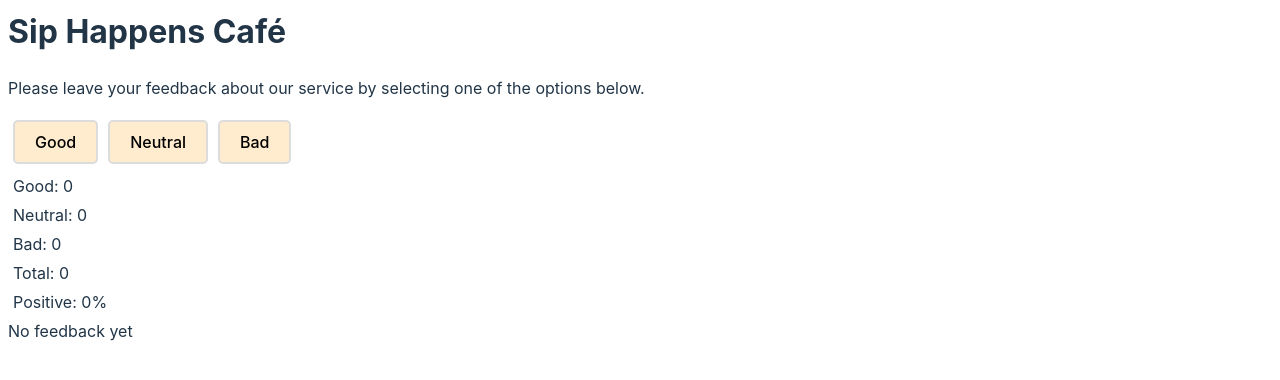
Repository: Evgeniya-Tishakova/goit-react-hw-02
Page: /
An editor plug-in stored every save of this project. The page is shown before and after the next save, followed by the edit.
The browser window is 1280 px wide. The pictures show the whole page.
The project was rebuilt for these pictures with package versions that can differ from the ones it lists, and the page was loaded fresh each time. Also part of the build but not shown: vite.config.js.

Above is the page before, as saved 2025-02-28 16:31:11.

### src/index.css
body {
  font-family: Inter, sans-serif;
  line-height: 1.5;
  font-weight: 400;
}

h1,
h2,
p {
  margin: 0;
}

ul,
ol {
  margin: 0;
  padding: 0;
}

img {
  display: block;
  max-width: 100%;
}

button {
  border-radius: 8px;
  border: 1px solid transparent;
  padding: 0.6em 1.2em;
  font-size: 1em;
  font-weight: 500;
  font-family: inherit;
  background-color: #fff;
  cursor: pointer;
  transition: border-color 0.25s;
}

button:hover {
  border-color: #646cff;
}

button:focus,
button:focus-visible {
  outline: 4px auto -webkit-focus-ring-color;
}

@media (prefers-color-scheme: light) {
  :root {
    color: #213547;
    background-color: #ffffff;
  }

  a:hover {
    color: #747bff;
  }

  button {
    /* background-color: #f9f9f9; */
  }
}

### src/components/App/App.jsx
import Feedback from "../Feedback/Feedback.jsx";
import Options from "../Options/Options.jsx";
import Description from "../Description/Description.jsx";
import { useEffect, useState } from "react";
import Notification from "../Notification/Notification.jsx";

export default function App() {
  const [rewiewType, setRewiewType] = useState({
    good: 0,
    neutral: 0,
    bad: 0,
  });

  let totalFeedback = rewiewType.bad + rewiewType.neutral + rewiewType.good;

  const updateFeedback = (key) => {
    setRewiewType({
      ...rewiewType,
      [key]: rewiewType[key] + 1,
    });
  };

  const reset = () => {
    setRewiewType({
      good: 0,
      neutral: 0,
      bad: 0,
    });
  };
  return (
    <>
      <Description />
      <Options
        updateFeedback={updateFeedback}
        reset={reset}
        isShown={totalFeedback > 0}
      />
      <Feedback rewiewType={rewiewType} totalFeedback={totalFeedback} />
      {totalFeedback <= 0 && <Notification />}
    </>
  );
}

### src/components/Feedback/Feedback.jsx
import css from "./Feedback.module.css";

export default function Feedback({
  rewiewType: { good, neutral, bad },
  totalFeedback,
}) {
  return (
    <div>
      <p className={css.descr}>Good: {good}</p>
      <p className={css.descr}>Neutral: {neutral}</p>
      <p className={css.descr}>Bad: {bad}</p>
      <p className={css.descr}>Total: {totalFeedback}</p>
      <p className={css.descr}>
        Positive:{" "}
        {((good + neutral) / (totalFeedback ? totalFeedback : 1)) * 100}%
      </p>
    </div>
  );
}

### src/components/Options/Options.jsx
import css from "./Options.module.css";

export default function Options({ updateFeedback, reset, isShown }) {
  return (
    <div>
      <ul className={css.list}></ul>
      {}
      <button className={css.button} onClick={() => updateFeedback("good")}>
        Good
      </button>
      <button className={css.button} onClick={() => updateFeedback("neutral")}>
        Neutral
      </button>
      <button className={css.button} onClick={() => updateFeedback("bad")}>
        Bad
      </button>
      {isShown && (
        <button className={css.button} onClick={() => reset()}>
          Reset
        </button>
      )}
      {}
    </div>
  );
}

### src/components/Description/Description.jsx
import css from "./Description.module.css";

export default function Description() {
  return (
    <div>
      <h1 className={css.title}>Sip Happens Café</h1>
      <p className={css.descr}>
        Please leave your feedback about our service by selecting one of the
        options below.
      </p>
    </div>
  );
}

### src/components/Notification/Notification.jsx
export default function Notification() {
  return (
    <div>
      <p>No feedback yet</p>
    </div>
  );
}

### src/components/Feedback/Feedback.module.css
.descr {
    margin: 5px;
}

### src/components/Options/Options.module.css
.button {
    border: 2px solid gainsboro;
    padding: 10px 20px;
    background-color: blanchedalmond;
    margin: 5px;
    border-radius: 5px;
    cursor: pointer;
}

button:hover {
    background-color: #ddd;
}

button:active {
    background-color: #bbb;
}

### src/components/Description/Description.module.css
.title {
    margin-bottom: 20px;
}

.descr {
    margin-bottom: 15px;
}

Loaded but not shown: index.html (common file); src/main.jsx (common file)

After the next save:
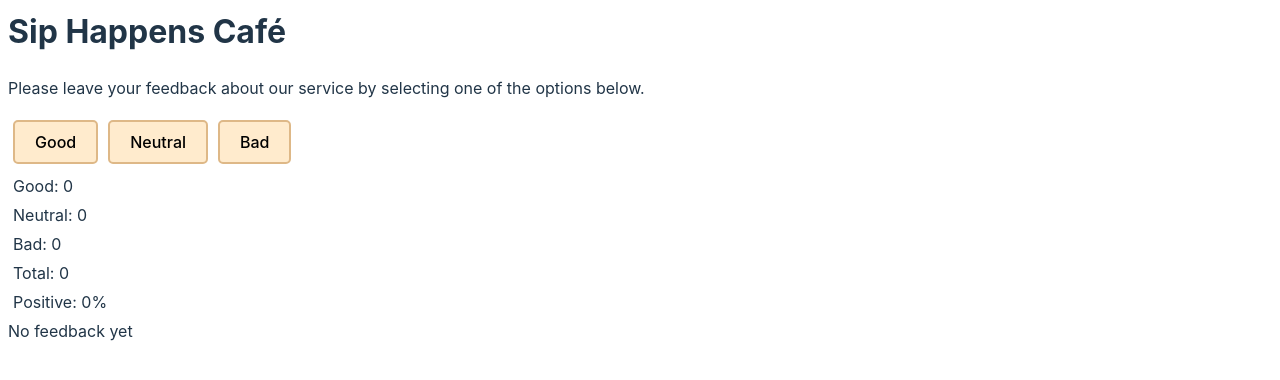
Saved 18 s later.
--- a/src/components/Options/Options.module.css
+++ b/src/components/Options/Options.module.css
@@ -1,5 +1,5 @@
 .button {
-    border: 2px solid gainsboro;
+    border: 2px solid burlywood;
     padding: 10px 20px;
     background-color: blanchedalmond;
     margin: 5px;
